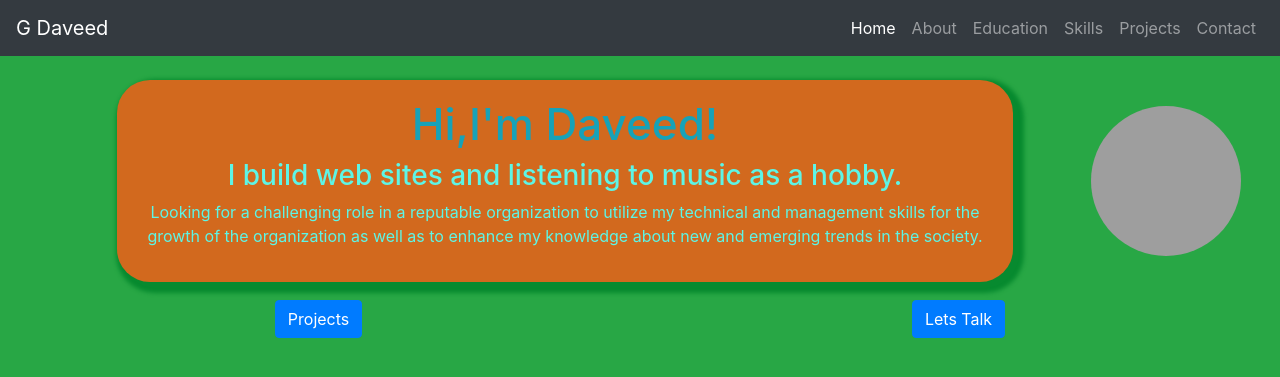
Repository: DaveedGangi/DaveedWebsite
Page: one.html
These files come from the project's save history. The page is drawn as it stood at one moment and after the next save; the edit follows.
The browser window is 1280 px wide. The pictures show the whole page.
Pictures or frames that could not be fetched are drawn as grey boxes.

Above is the page before, as saved 2023-10-23 12:22:42.

After the next save:
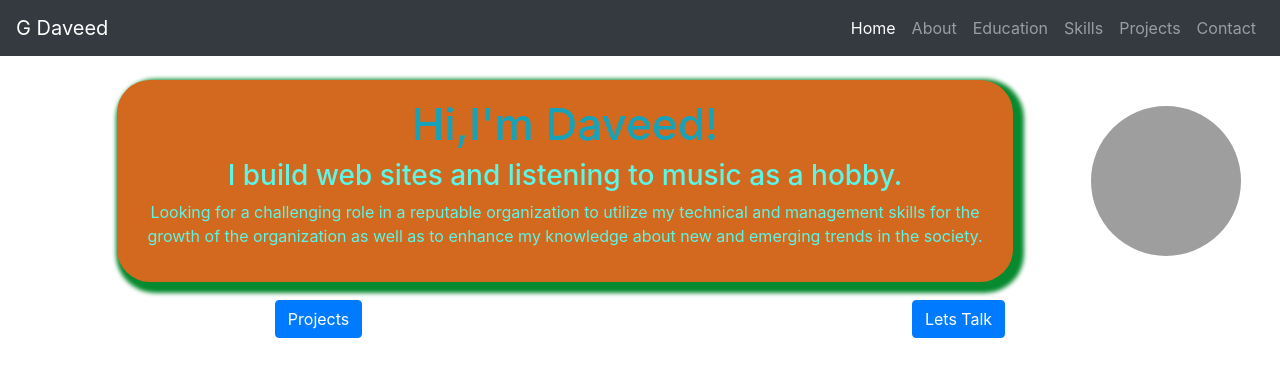
Saved 39 s later.
--- a/one.html
+++ b/one.html
@@ -15,7 +15,7 @@
 </head>
 
 <body>
-<div class="bgcontainer bg-success">
+
     <nav class="navbar navbar-expand-lg navbar-dark bg-dark">
         <a class="navbar-brand" href="#">G Daveed</a>
         <button class="navbar-toggler" type="button" data-toggle="collapse" data-target="#navbarNavAltMarkup" aria-controls="navbarNavAltMarkup" aria-expanded="false" aria-label="Toggle navigation">
